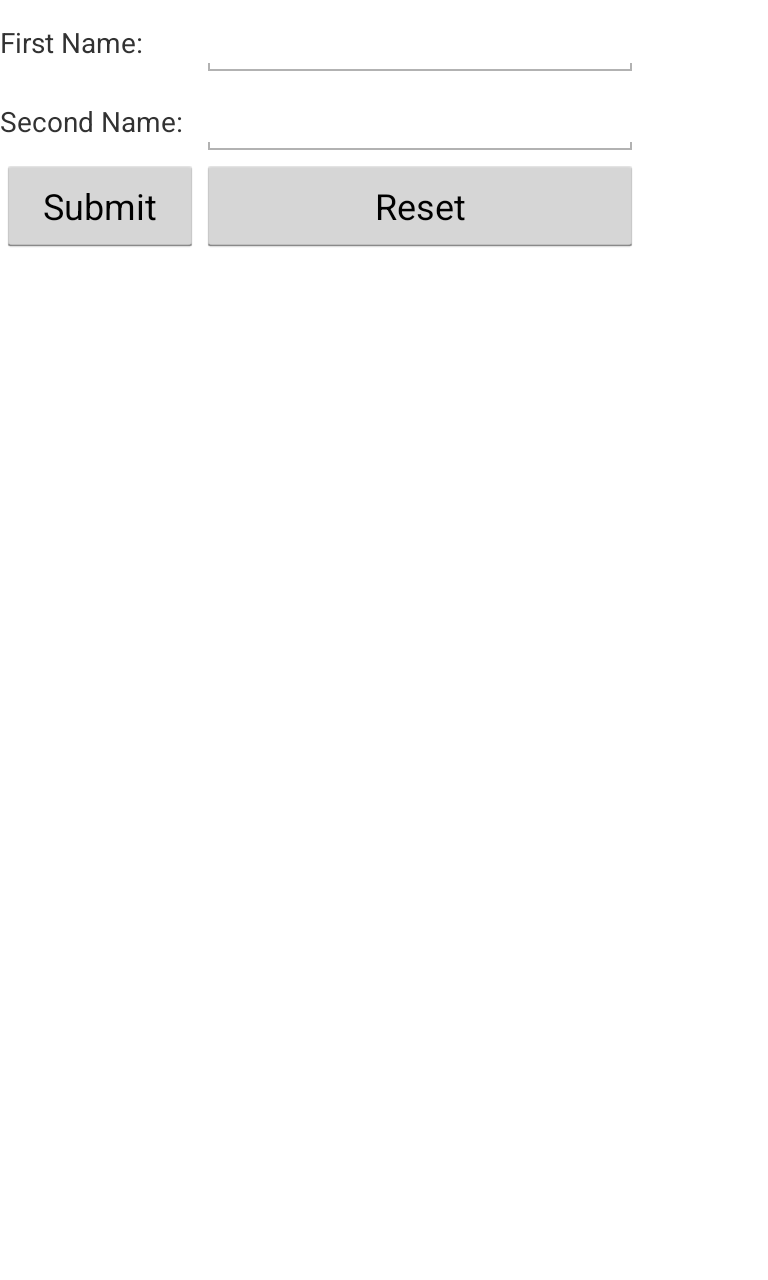
Repository: hugoM1/trainingNaranya
Layout: Layouts/res/layout/activity_table_layout.xml
The author's editor kept a copy of each file at every save. The layout is drawn from the files as they stood at one save, then again after the next save.
It is drawn on a 768 x 1280 px phone screen (xhdpi) without system bars, with theme AppTheme; the app's code is not run.

Above is the layout before, as saved 2013-08-14 02:02:37.

### Layouts/res/layout/activity_table_layout.xml
<?xml version="1.0" encoding="utf-8"?>
<TableLayout
    android:id="@+id/TableLayout01"
	android:layout_width="fill_parent"
	android:layout_height="fill_parent"
	xmlns:android="http://schemas.android.com/apk/res/android">

	<TableRow
	    android:id="@+id/TableRow01">
		<TextView
		    android:id="@+id/TextView01"
		    android:text="@string/first_name"
			android:width="100dp" />
		<EditText
		    android:id="@+id/EditText01"
		    android:width="220dp" />
	</TableRow>
	<TableRow
	    android:id="@+id/TableRow02">
		<TextView
		    android:id="@+id/TextView02"
		    android:text="Second Name:" />
		<EditText
		    android:id="@+id/EditText02" />
	</TableRow>
	<TableRow
	    android:id="@+id/TableRow03">
		<Button
		    android:id="@+id/Button01"
			android:layout_width="wrap_content"
			android:layout_height="wrap_content"
			android:text="Submit" />
		<Button
		    android:id="@+id/Button02"
			android:layout_width="wrap_content"
			android:layout_height="wrap_content"
			android:text="Reset"
			android:width="100px" />
	</TableRow>
</TableLayout>

### Layouts/res/values/strings.xml
<?xml version="1.0" encoding="utf-8"?>
<resources>

    <string name="app_name">Layouts</string>
    <string name="action_settings">Settings</string>
    <string name="hello_world">Hello world!</string>
    <string name="button1">Table Layout</string>
    <string name="button2">Absolute Layout</string>
    <string name="button3">Relative Layout</string>
    <string name="button4">Frame LAyout</string>
    <string name="title_activity_table_layout">TableLayoutActivity</string>
    <string name="title_activity_absolute_layout">AbsoluteLayoutActivity</string>
    <string name="title_activity_relative_layout">RelativeLayoutActivity</string>
    <string name="title_activity_frame_layout">FrameLayoutActivity</string>
    <string name="first_name">First Name:</string>
    <string name="last_name">Last Name:</string>

</resources>

Loaded but not shown: Layouts/res/values/styles.xml (common file); Layouts/res/values-v11/styles.xml (common file); Layouts/res/values-v14/styles.xml (common file)

After the next save:
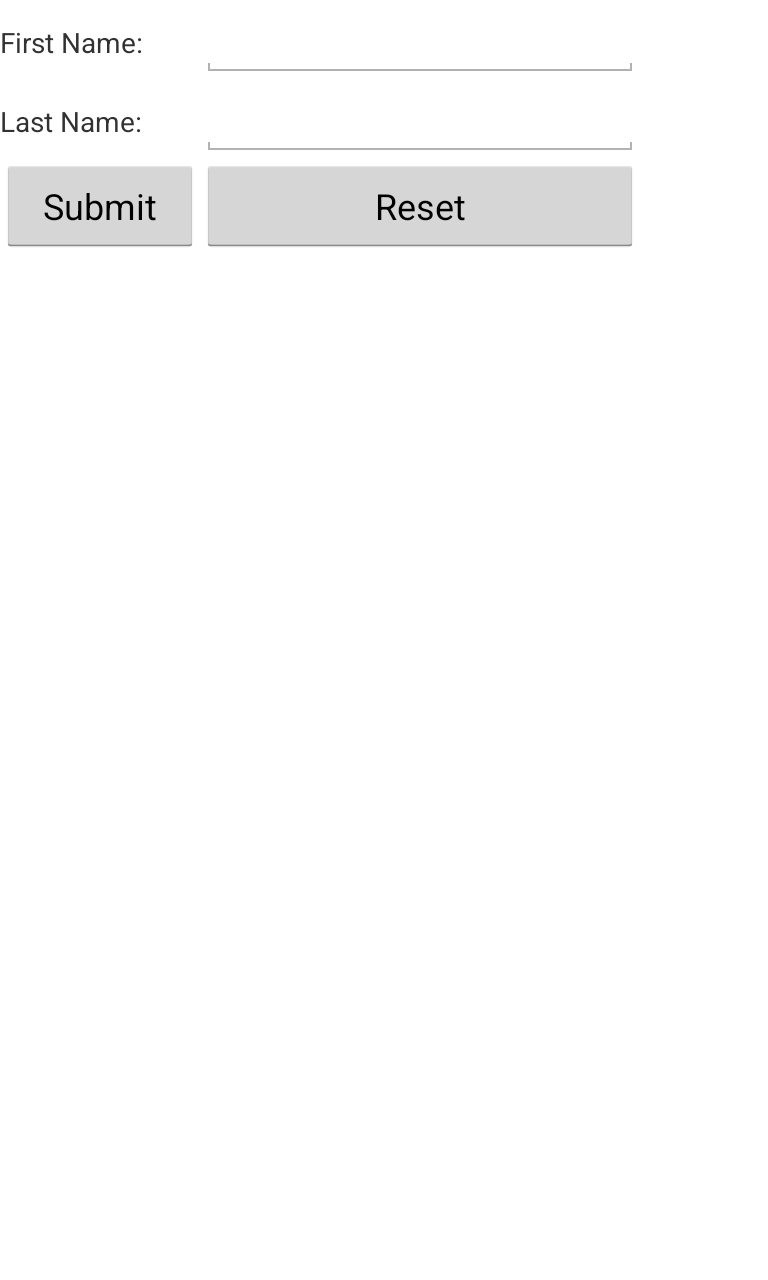
Saved 11 s later.
--- a/Layouts/res/layout/activity_table_layout.xml
+++ b/Layouts/res/layout/activity_table_layout.xml
@@ -19,7 +19,7 @@
 	    android:id="@+id/TableRow02">
 		<TextView
 		    android:id="@+id/TextView02"
-		    android:text="Second Name:" />
+		    android:text="@string/last_name" />
 		<EditText
 		    android:id="@+id/EditText02" />
 	</TableRow>
